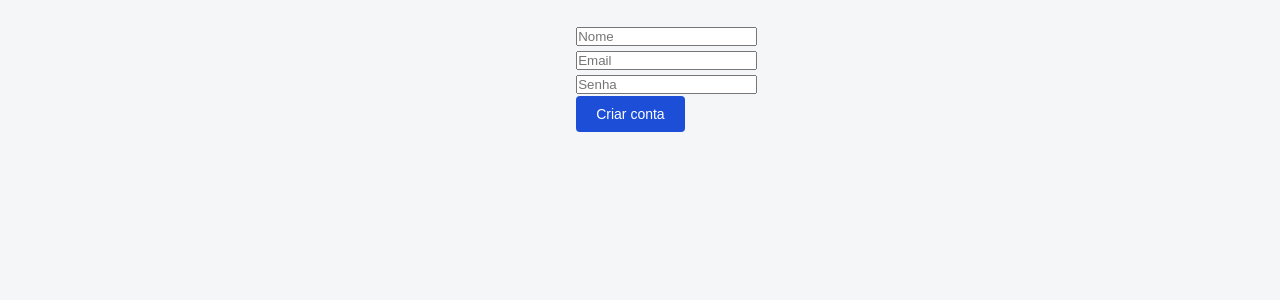
Repository: juvencio009/infratech-web
Page: register.html
The author's editor kept a copy of each file at every save. The page is drawn from the files as they stood at one save, then again after a run of saves.
The browser window is 1280 px wide. The pictures show the whole page.

Above is the page before, as saved 2025-12-18 14:57:37.

### register.html
<!DOCTYPE html>
<html lang="en">
<head>
    <meta charset="UTF-8">
    <meta name="viewport" content="width=device-width, initial-scale=1.0">
    <title>Register & Login</title>
    <link rel="stylesheet" href="css/style.css">
</head>
<body style="display: flex;
align-items: center;
justify-content: center;">
    <form id="registerForm" style="">
        <pre>
            <input type="text" id="name" placeholder="Nome" required />
            <input type="email" id="email" placeholder="Email" required />
            <input type="password" id="password" placeholder="Senha" required />
            <button>Criar conta</button>
        </pre>
    </form>
    <script src="src/main.js"></script>
</body>
</html>

### css/style.css
/* ===============================
   RESET & BASE
================================ */

* {
  box-sizing: border-box;
  margin: 0;
  padding: 0;
  font-family: Arial, Helvetica, sans-serif;
}

body {
  background: #f4f6f8;
  color: #1f2937;
  line-height: 1.5;
}

/* ===============================
   HEADER
================================ */

header {
  background: #ffffff;
  border-bottom: 1px solid #e5e7eb;
  padding: 16px 40px;
  display: flex;
  align-items: center;
  justify-content: space-between;
}

.logo {
  font-size: 22px;
  font-weight: bold;
  color: #1d4ed8;
  cursor: pointer;
}

.header-actions button {
  background: transparent;
  border: 1px solid #1d4ed8;
  color: #1d4ed8;
  padding: 6px 14px;
  border-radius: 4px;
  cursor: pointer;
  font-size: 14px;
}

.header-actions button:disabled {
  opacity: 0.6;
  cursor: default;
}

/* ===============================
   HERO / INTRO (INDEX)
================================ */

.hero {
  padding: 50px 40px 30px;
}

.hero h1 {
  font-size: 28px;
  margin-bottom: 10px;
}

.hero p {
  color: #4b5563;
  max-width: 600px;
}

/* ===============================
   GRID DE DISCIPLINAS
================================ */

.grid {
  padding: 40px;
  display: grid;
  grid-template-columns: repeat(auto-fit, minmax(230px, 1fr));
  gap: 24px;
}

.card {
  background: #ffffff;
  border-radius: 8px;
  padding: 30px 20px;
  text-align: center;
  border: 1px solid #e5e7eb;
  cursor: pointer;
  transition: 0.2s ease;
}

.card:hover {
  transform: translateY(-4px);
  box-shadow: 0 6px 20px rgba(0, 0, 0, 0.08);
}

.card i {
  font-size: 38px;
  color: #1d4ed8;
  margin-bottom: 14px;
}

.card h3 {
  font-size: 18px;
  margin-bottom: 8px;
}

.card span {
  font-size: 13px;
  color: #6b7280;
}

/* ===============================
   MAIN (QUIZ)
================================ */

main {
  max-width: 720px;
  margin: 40px auto;
  background: #ffffff;
  border-radius: 8px;
  border: 1px solid #e5e7eb;
  padding: 30px;
}

.subtitle {
  color: #6b7280;
  margin-bottom: 20px;
  font-size: 14px;
}

/* ===============================
   INTRO DO QUIZ
================================ */

#intro ul {
  margin: 20px 0;
  padding-left: 18px;
  color: #374151;
}

#intro li {
  margin-bottom: 8px;
  font-size: 14px;
}

#intro i {
  color: #dc2626;
  margin-right: 6px;
}

/* ===============================
   BOTÕES
================================ */

button {
  background: #1d4ed8;
  color: #ffffff;
  border: none;
  padding: 10px 20px;
  border-radius: 4px;
  cursor: pointer;
  font-size: 14px;
}

button:hover {
  background: #1e40af;
}

/* ===============================
   QUESTÕES
================================ */

.question-number {
  font-size: 13px;
  color: #6b7280;
  margin-bottom: 6px;
}

.question-text {
  font-size: 17px;
  margin-bottom: 20px;
}

/* ===============================
   OPÇÕES DE RESPOSTA
================================ */

.option {
  border: 1px solid #e5e7eb;
  border-radius: 4px;
  padding: 10px 12px;
  margin-bottom: 10px;
  cursor: pointer;
  transition: 0.15s;
  display: flex;
  gap: 10px;
  align-items: center;
}

.option:hover {
  background: #f9fafb;
}

.option input {
  cursor: pointer;
}

/* ===============================
   AÇÕES
================================ */

.actions {
  margin-top: 20px;
  display: flex;
  justify-content: flex-end;
}

/* ===============================
   RESULTADO
================================ */

#resultado {
  text-align: center;
}

.score {
  font-size: 28px;
  margin: 20px 0;
  color: #1d4ed8;
}

.status {
  font-size: 16px;
  font-weight: bold;
}

/* ===============================
   FOOTER
================================ */

footer {
  text-align: center;
  padding: 20px;
  font-size: 13px;
  color: #374151;
  padding: 10px 12px;
  width: 100%;
  border-top: 2px solid #374151;
  background: #f9fafb;
}

/* ===============================
   UTILIDADES
================================ */

.hidden {
  display: none;
}

/* ===============================
   RESPONSIVO
================================ */

@media (max-width: 600px) {
  header {
    padding: 14px 20px;
  }

  .hero,
  .grid {
    padding: 20px;
  }

  main {
    margin: 20px;
    padding: 20px;
  }
}

### src/main.js
const form = document.getElementById("registerForm");

form.addEventListener("submit", async (e) => {
  e.preventDefault();

  const name = document.getElementById("name").value;
  const email = document.getElementById("email").value;
  const password = document.getElementById("password").value;

  // 1️⃣ Criar usuário no AUTH
  const { data, error } = await supabaseClient.auth.signUp({
    email,
    password
  });

  if (error) {
    alert(error.message);
    return;
  }

  // 2️⃣ Inserir dados na sua tabela studio001
  const { error: insertError } = await supabaseClient
    .from("studio001")
    .insert({
      id: data.user.id,
      name: name,
      email: email
    });

  if (insertError) {
    alert(insertError.message);
    return;
  }

  alert("Conta criada com sucesso!");
});

After the next 3 saves:
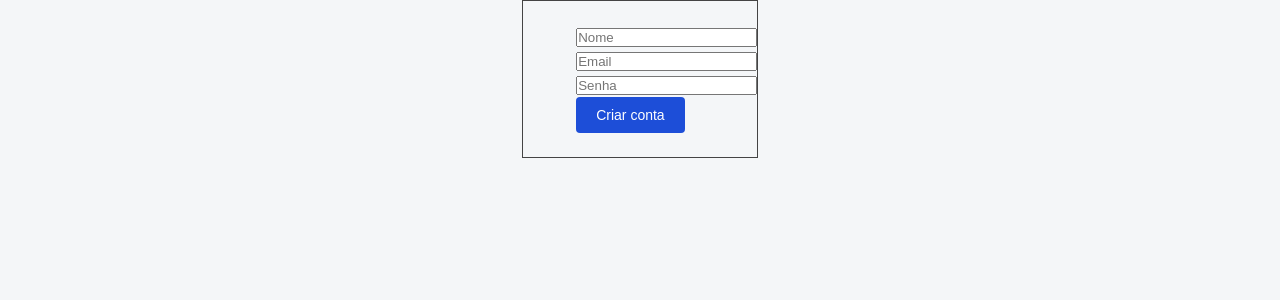
The 3 saves are shown as one change because they came seconds apart.
The last was saved 9 s later.
--- a/register.html
+++ b/register.html
@@ -9,7 +9,7 @@
 <body style="display: flex;
 align-items: center;
 justify-content: center;">
-    <form id="registerForm" style="">
+    <form id="registerForm" style="border: 1px solid #444;">
         <pre>
             <input type="text" id="name" placeholder="Nome" required />
             <input type="email" id="email" placeholder="Email" required />
